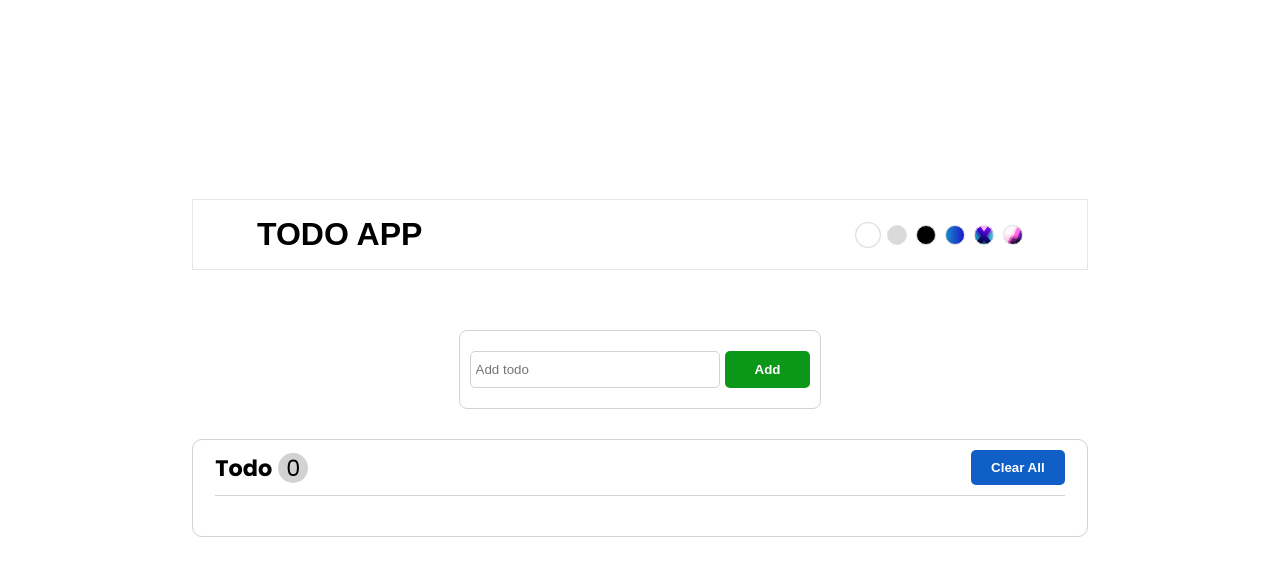
Repository: michalmilek/TodoApp
Page: /
An editor plug-in stored every save of this project. The page is shown before and after the next save, followed by the edit.
The browser window is 1280 px wide. The pictures show the whole page.
Some web fonts or font styles are not loaded; a fallback is used. The project was rebuilt for these pictures with package versions that can differ from the ones it lists, and the page was loaded fresh each time. Also part of the build but not shown: vite.config.js.

Above is the page before, as saved 2023-02-01 16:06:56.

### src/App.jsx
import { useEffect, useState } from "react";
import "./App.css";
import AddTodo from "./components/AddTodo";
import Header from "./components/Header";
import ShowTodo from "./components/ShowTodo";

function App() {
  const [theme, setTheme] = useState(
    JSON.parse(localStorage.getItem("theme")) || "light"
  );
  const [todolist, setTodolist] = useState(
    JSON.parse(localStorage.getItem("todolist")) || []
  );
  const [todo, setTodo] = useState({});

  useEffect(() => {
    localStorage.setItem("todolist", JSON.stringify(todolist));
  }, [todolist]);

  useEffect(() => {
    document.documentElement.removeAttribute("class");
    document.documentElement.classList.add(theme);
  }, [theme]);

  useEffect(() => {
    localStorage.setItem("theme", JSON.stringify(theme));
  }, [theme]);

  return (
    <div className={"App"}>
      <Header
        theme={theme}
        setTheme={setTheme}
      />
      <AddTodo
        todolist={todolist}
        setTodolist={setTodolist}
        todo={todo}
        setTodo={setTodo}
      />
      <ShowTodo
        todolist={todolist}
        setTodolist={setTodolist}
        todo={todo}
        setTodo={setTodo}
      />
    </div>
  );
}

export default App;

### src/index.css
@import url(https://fonts.googleapis.com/css?family=Poppins:100,100italic,200,200italic,300,300italic,regular,italic,500,500italic,600,600italic,700,700italic,800,800italic,900,900italic);
@import url(https://fonts.googleapis.com/css?family=Texturina:100,200,300,regular,500,600,700,800,900,100italic,200italic,300italic,italic,500italic,600italic,700italic,800italic,900italic);

*{
  box-sizing: border-box;
  margin: 0;
  padding: 0;
}

body{
  min-height: 100vh;
  display: flex;
  flex-direction: column;
  align-items: center;
  justify-content: center;
  font-family: 'Poppins', sans-serif;
}

### src/App.css
header{
  display: flex;
  justify-content: space-between;
  align-items: center;
  width: 70vw;
  margin-top: 1rem;
  padding: 1rem 4rem;
  border: 1px solid rgb(230, 230, 230);
}

  .logo{
    font-family: 'Texturina', sans-serif;
  }

  .themeSelector{
    display: flex;
    gap: 4px;
  }

  header .themeSelector span{
  height: 20px;
  width: 20px;
  border-radius: 50%;
  display: inline-block;
  margin-left: 5px;
  cursor: pointer;
  border: 1px solid #dfdfdf;
  transition: all 0.3s ease;
}

  .light{
  background-color: rgb(255, 255, 255);
  }

  .medium{
  background-color: rgb(218, 218, 218);
  }

  .dark{
  background-color: rgb(0, 0, 0);
  }

  .g1{
  background: linear-gradient(90deg, #1888c9, #181bc9);;
  }

  .g2{
    background: linear-gradient(235deg, #FFFFFF 0%, #000F25 100%), linear-gradient(180deg, #6100FF 0%, #000000 100%), linear-gradient(235deg, #FFA3AC 0%, #FFA3AC 40%, #00043C calc(40% + 1px), #00043C 60%, #005D6C calc(60% + 1px), #005D6C 70%, #00C9B1 calc(70% + 1px), #00C9B1 100%), linear-gradient(125deg, #FFA3AC 0%, #FFA3AC 40%, #00043C calc(40% + 1px), #00043C 60%, #005D6C calc(60% + 1px), #005D6C 70%, #00C9B1 calc(70% + 1px), #00C9B1 100%);
  background-blend-mode: soft-light, screen, darken, normal;
}

.g3{
  background: linear-gradient(125deg, #FFFFFF 0%, #000000 100%), linear-gradient(200deg, #FFD9E8 0%, #FFD9E8 50%, #DE95BA calc(50% + 1px), #DE95BA 60%, #7F4A88 calc(60% + 1px), #7F4A88 75%, #4A266A calc(75% + 1px), #4A266A 100%), linear-gradient(113deg, #FFD9E8 0%, #FFD9E8 40%, #DE95BA calc(40% + 1px), #DE95BA 50%, #7F4A88 calc(50% + 1px), #7F4A88 70%, #4A266A calc(70% + 1px), #4A266A 100%);
  background-blend-mode: overlay, overlay, normal;

}

.active{
  transition: all 0.3s ease;
  scale: 1.3;
}


.addTodo {
  margin-top: 60px;
  display: flex;
  justify-content: center;
  align-items: center;
}

.addTodo form{
  padding: 20px 10px;
  background: rgb(255, 255, 255);
  border: 1px solid rgb(211, 210, 210);
  display: flex;
  gap: 5px;
  border-radius: 8px;
}

.addTodo form input{
  padding: 10px 5px;
  max-width: 350px;
  min-width: 250px;
  border: 1px solid rgb(211, 210, 210);
  outline: none;
  border-radius: 5px;
}

.addTodo form button{
  background: rgb(11, 151, 23);
  border: none;
  padding: 0 30px;
  border-radius: 5px;
  color: #fff;
  font-weight: bold;
  cursor: pointer;
}



.showTodo{
  margin-top: 30px;
  display: flex;
  flex-direction: column;
  justify-content: center;
  align-items: center;
  border-radius: 10px;
  border: 1px solid rgb(211, 210, 210);
}

.head{
  display: flex;
  width: 95%;
  padding: 10px 0px;
  justify-content: space-between;
  border-bottom: 1px solid rgb(211, 210, 210);
}

.head_Todo{
  display: flex;
  gap: 6px;
  justify-content: center;
  align-items: center;
}


.title{
  font-weight: bold;
  font-size: 1.4rem;
}

.count{
  display: flex;
  justify-content: center;
  align-items: center;
  border-radius: 50%;
  height: 30px;
  width: 30px;
  font-size: 1.4rem;
  background: rgb(211, 210, 210);
}

.clearAll{
    background: rgb(15, 95, 199);
  border: none;
  padding: 10px 20px;
  border-radius: 5px;
  color: #fff;
  font-weight: bold;
  cursor: pointer;
}

ul{
  padding: 20px 0;
  display: flex;
  width: 90%;
  list-style-type: none;
  justify-items: start;
  gap: 20px;
}

ul li{
  display: flex;
  gap: 35px;
  padding: 10px 10px;
  border-radius: 4px;
  border: 1px solid rgb(211, 210, 210);
  border-left: 5px solid rgb(15, 95, 199);
}

ul li p{
  display: flex;
  gap: 10px;
  flex-direction: column;
}

ul li p .titleTodo{
  font-weight: bold;
  font-size: 1.3rem;

}

ul li p .timeTodo{
  font-style: italic;
  color: rgb(131, 131, 131);

}


.icons svg{
height: 24px;
width: 24px;
}

.icons .pen{
  color: rgb(0, 81, 255);
}

.icons .trash{
  color: red;
}

### src/components/AddTodo.jsx
import React from "react";

const AddTodo = ({ todolist, setTodolist, todo, setTodo }) => {
  const handleSubmit = (e) => {
    e.preventDefault();

    if (todo.id) {
      const date = new Date();
      const updateTodolist = todolist.map((item) =>
        item.id === todo.id
          ? {
              id: todo.id,
              name: todo.name,
              time: `${date.toLocaleTimeString()} ${date.toLocaleDateString()}`,
            }
          : item
      );
      setTodolist(updateTodolist);
      setTodo({});
    } else {
      console.log(e.target.todo.value);
      const date = new Date();
      const newTask = {
        id: Math.random(),
        name: e.target.todo.value,
        time: `${date.toLocaleTimeString()} ${date.toLocaleDateString()}`,
      };
      setTodolist([...todolist, newTask]);
      e.target.todo.value = "";
    }
  };
  return (
    <section className="addTodo">
      <form onSubmit={handleSubmit}>
        <input
          type="text"
          name="todo"
          value={todo.name || ""}
          onChange={(e) => setTodo({ ...todo, name: e.target.value })}
          autoComplete="off"
          placeholder="Add todo"
          maxLength="25"
        />
        <button type="submit">{todo.id ? "Update" : "Add"}</button>
      </form>
    </section>
  );
};

export default AddTodo;

### src/components/Header.jsx
import React, { useEffect, useState } from "react";

const Header = ({ theme, setTheme }) => {
  return (
    <header>
      <div className="logo">
        <h1>TODO APP</h1>
      </div>
      <div className="themeSelector">
        <span
          onClick={() => setTheme("light")}
          className={theme === "light" ? "light active" : "light"}></span>
        <span
          onClick={() => setTheme("medium")}
          className={theme === "medium" ? "medium active" : "medium"}></span>
        <span
          onClick={() => setTheme("dark")}
          className={theme === "dark" ? "dark active" : "dark"}></span>
        <span
          onClick={() => setTheme("g1")}
          className={theme === "g1" ? "g1 active" : "g1"}></span>
        <span
          onClick={() => setTheme("g2")}
          className={theme === "g2" ? "g2 active" : "g2"}></span>
        <span
          onClick={() => setTheme("g3")}
          className={theme === "g3" ? "g3 active" : "g3"}></span>
      </div>
    </header>
  );
};

export default Header;

### src/components/ShowTodo.jsx
import React from "react";
import { Icon } from "@iconify/react";

const ShowTodo = ({ todolist, setTodolist, todo, setTodo }) => {
  const handleEdit = (id) => {
    const selectedTodo = todolist.find((item) => item.id === id);
    console.log(selectedTodo);
    setTodo(selectedTodo);
  };

  const handleDelete = (id) => {
    const updatedTodoList = todolist.filter((item) => item.id !== id);
    setTodolist(updatedTodoList);
  };
  return (
    <div className="showTodo">
      <div className="head">
        <div className="head_Todo">
          <span className="title">Todo</span>
          <span className="count">{todolist.length}</span>
        </div>
        <button
          onClick={() => setTodolist([])}
          className="clearAll">
          Clear All
        </button>
      </div>
      <ul>
        {todolist.map((todo, index) => (
          <li key={index}>
            <p>
              <span className="titleTodo">{todo.name}</span>
              <span className="timeTodo">{todo.time}</span>
            </p>
            <div className="icons">
              <Icon
                onClick={() => handleEdit(todo.id)}
                className="pen"
                icon="material-symbols:edit"
              />
              <Icon
                onClick={() => handleDelete(todo.id)}
                className="trash"
                icon="mdi:trash"
              />
            </div>
          </li>
        ))}
      </ul>
    </div>
  );
};

export default ShowTodo;

Loaded but not shown: index.html (common file); src/main.jsx (common file)

After the next save:
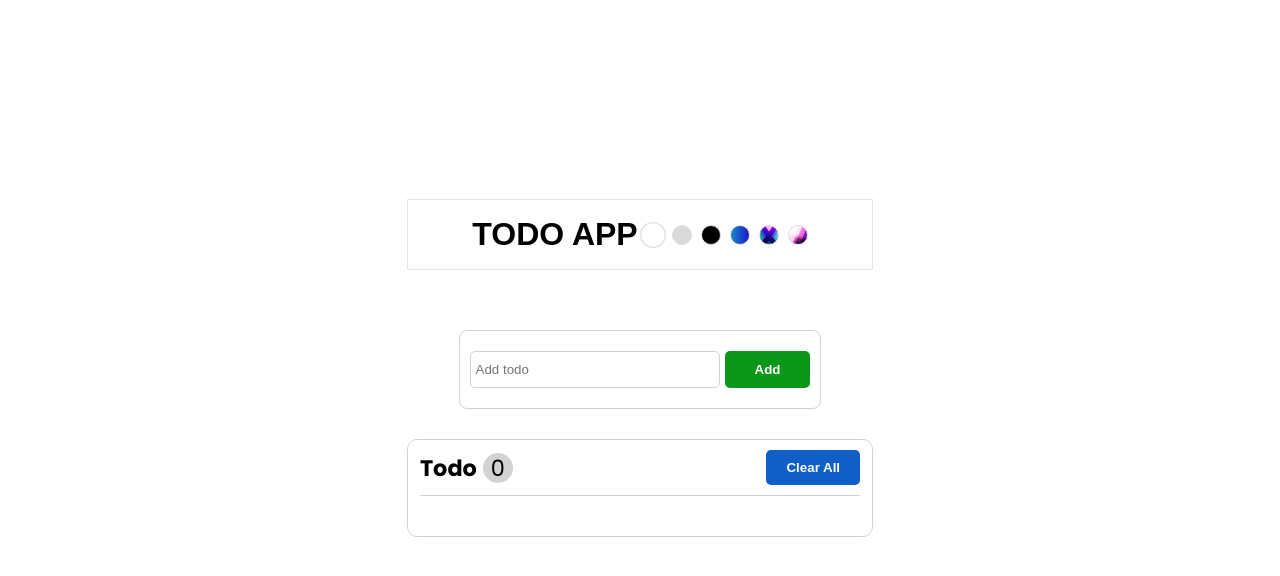
Saved 51 s later.
--- a/src/App.css
+++ b/src/App.css
@@ -2,7 +2,6 @@ header{
   display: flex;
   justify-content: space-between;
   align-items: center;
-  width: 70vw;
   margin-top: 1rem;
   padding: 1rem 4rem;
   border: 1px solid rgb(230, 230, 230);
